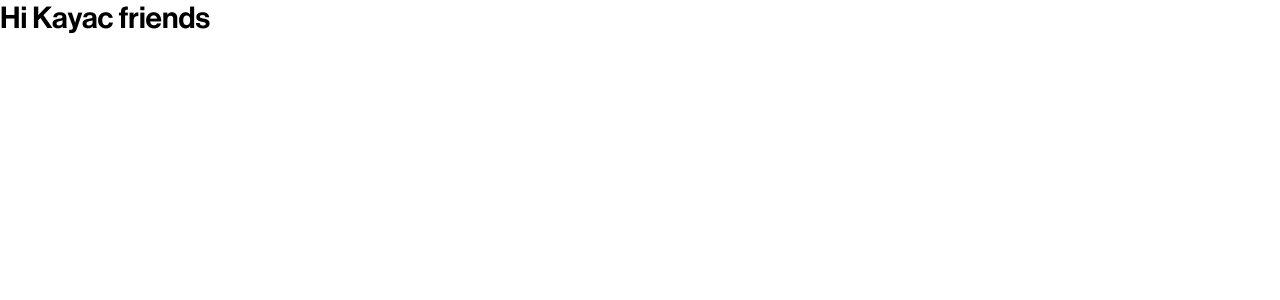
Repository: kentnathaniel/kayac-presentation
Page: /
An editor plug-in stored every save of this project. The page is shown before and after a run of saves, followed by the edit.
The browser window is 1280 px wide. The pictures show the whole page.
The project was rebuilt for these pictures with package versions that can differ from the ones it lists, and the page was loaded fresh each time. Also part of the build but not shown: vite.config.ts.

Above is the page before, as saved 2024-09-14 08:53:48.

### src/App.tsx
function App() {
  return <h1 className="text-3xl font-light">Hi Kayac friends</h1>;
}

export default App;

### src/index.css
@tailwind base;
@tailwind components;
@tailwind utilities;

/* Thin */
@font-face {
  font-family: "Neue-Haas-Grotesk";
  src: url("./assets/fonts/NeueHaasDisplayRoman.ttf") format("truetype");
  font-weight: lighter;
  font-style: normal;
}

@font-face {
  font-family: "Neue-Haas-Grotesk";
  src: url("./assets/fonts/NeueHaasDisplayRomanItalic.ttf") format("truetype");
  font-weight: lighter;
  font-style: italic;
}

/* Mediums */
@font-face {
  font-family: "Neue-Haas-Grotesk";
  src: url("./assets/fonts/NeueHaasDisplayMedium.ttf") format("truetype");
  font-weight: normal;
  font-style: normal;
}

@font-face {
  font-family: "Neue-Haas-Grotesk";
  src: url("./assets/fonts/NeueHaasDisplayMediumItalic.ttf") format("truetype");
  font-weight: normal;
  font-style: italic;
}

/* Bolds */
@font-face {
  font-family: "Neue-Haas-Grotesk";
  src: url("./assets/fonts/NeueHaasDisplayBold.ttf") format("truetype");
  font-weight: bold;
  font-style: normal;
}

@font-face {
  font-family: "Neue-Haas-Grotesk";
  src: url("./assets/fonts/NeueHaasDisplayBoldItalic.ttf") format("truetype");
  font-weight: bold;
  font-style: italic;
}

body {
  font-family: "Neue-Haas-Grotesk", Arial, Helvetica, sans-serif;
}

### tailwind.config.ts
/** @type {import('tailwindcss').Config} */
export default {
  content: ["./index.html", "./src/**/*.{js,ts,jsx,tsx}"],
  theme: {
    extend: {
      fontFamily: {
        custom: ["Neue-Haas-Grotesk"],
      },
    },
  },
  plugins: [],
};

Loaded but not shown: index.html (common file); src/main.tsx (common file)

After the next 2 saves:
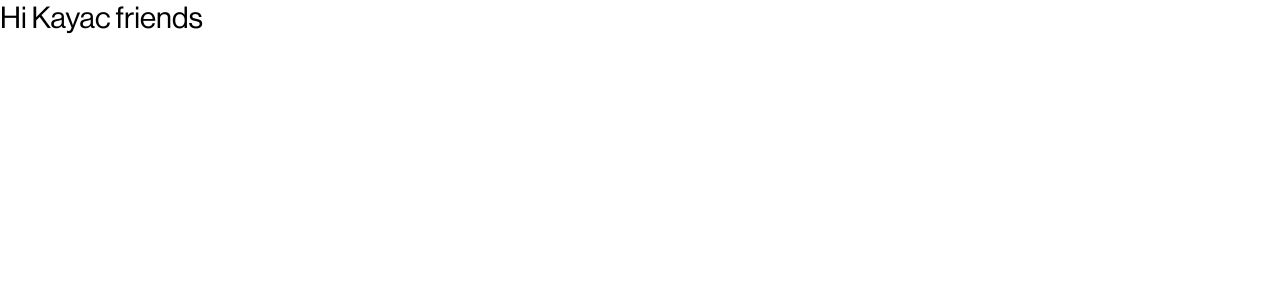
The 2 saves are shown as one change because they came seconds apart.
The last was saved 11 s later.
--- a/src/index.css
+++ b/src/index.css
@@ -6,14 +6,14 @@
 @font-face {
   font-family: "Neue-Haas-Grotesk";
   src: url("./assets/fonts/NeueHaasDisplayRoman.ttf") format("truetype");
-  font-weight: lighter;
+  font-weight: 300;
   font-style: normal;
 }
 
 @font-face {
   font-family: "Neue-Haas-Grotesk";
   src: url("./assets/fonts/NeueHaasDisplayRomanItalic.ttf") format("truetype");
-  font-weight: lighter;
+  font-weight: 300;
   font-style: italic;
 }
 

After the 6 saves that followed:
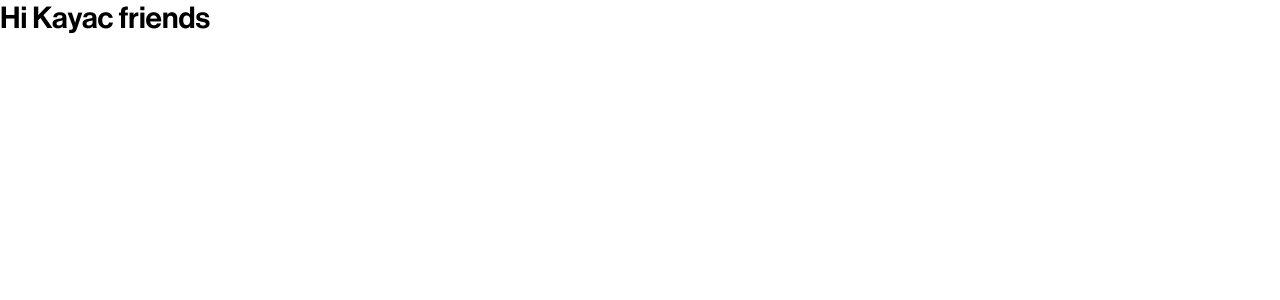
The 6 saves are shown as one change because 3 left the picture as it was and some came seconds apart.
The last was saved 49 s later.
--- a/src/App.tsx
+++ b/src/App.tsx
@@ -1,5 +1,5 @@
 function App() {
-  return <h1 className="text-3xl font-light">Hi Kayac friends</h1>;
+  return <h1 className="text-3xl">Hi Kayac friends</h1>;
 }
 
 export default App;
--- a/src/index.css
+++ b/src/index.css
@@ -21,14 +21,14 @@
 @font-face {
   font-family: "Neue-Haas-Grotesk";
   src: url("./assets/fonts/NeueHaasDisplayMedium.ttf") format("truetype");
-  font-weight: normal;
+  font-weight: 400;
   font-style: normal;
 }
 
 @font-face {
   font-family: "Neue-Haas-Grotesk";
   src: url("./assets/fonts/NeueHaasDisplayMediumItalic.ttf") format("truetype");
-  font-weight: normal;
+  font-weight: 400;
   font-style: italic;
 }
 
@@ -36,14 +36,14 @@
 @font-face {
   font-family: "Neue-Haas-Grotesk";
   src: url("./assets/fonts/NeueHaasDisplayBold.ttf") format("truetype");
-  font-weight: bold;
+  font-weight: 500;
   font-style: normal;
 }
 
 @font-face {
   font-family: "Neue-Haas-Grotesk";
   src: url("./assets/fonts/NeueHaasDisplayBoldItalic.ttf") format("truetype");
-  font-weight: bold;
+  font-weight: 500;
   font-style: italic;
 }
 
